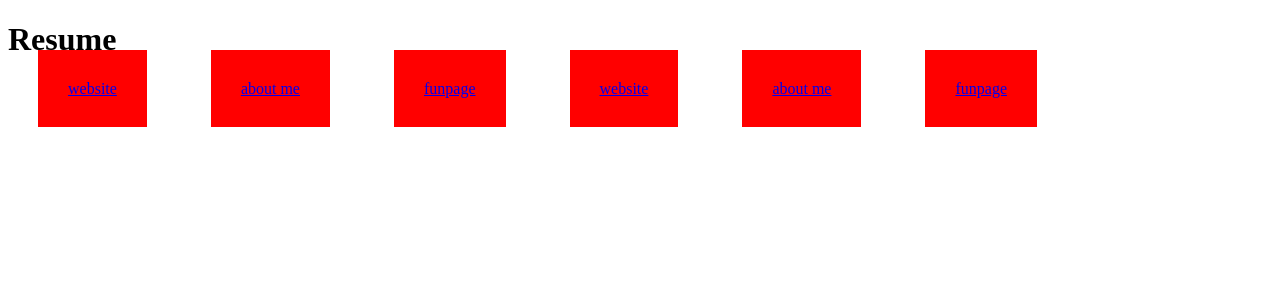
Repository: khipres1/khipres1.github.io
Page: resume.html
The author's editor kept a record of every edit. The page is drawn from the files as they stood at one moment, then again after the next edit.
The browser window is 1280 px wide. The pictures show the whole page.

Above is the page before.

### resume.html
<!DOCTYPE html>
<html>
<head>
  <title>Resume</title>
  <meta charset="utf-8"/>
  <link rel="stylesheet" type="text/css" href="style.css">
</head>
   <h1>Resume</h1>

     <a href="website.html"> website</a>
   <a href="aboutme">about me</a>
   <a href="funpage.html">funpage</a>



 <a href="website.html"> website</a>
   <a href="aboutme">about me</a>
   <a href="funpage.html">funpage</a>








   </html>

### style.css

a {
    padding:30px;
    margin:30px;
    background-color: red;
}

After the next edit:
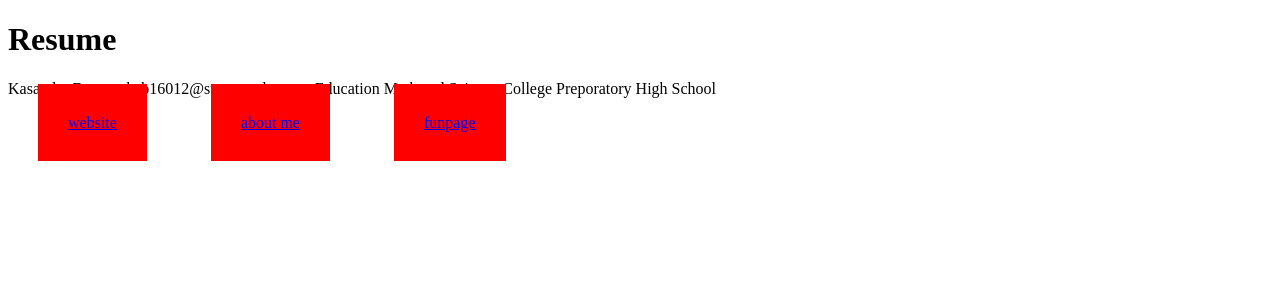
The edit:
--- a/resume.html
+++ b/resume.html
@@ -7,9 +7,10 @@
 </head>
    <h1>Resume</h1>
 
-     <a href="website.html"> website</a>
-   <a href="aboutme">about me</a>
-   <a href="funpage.html">funpage</a>
+    <p>Kasandra Becerra
+    kcb16012@stem-student.org
+    Education
+    Math and Science College Preporatory High School</p>
 
 
 
